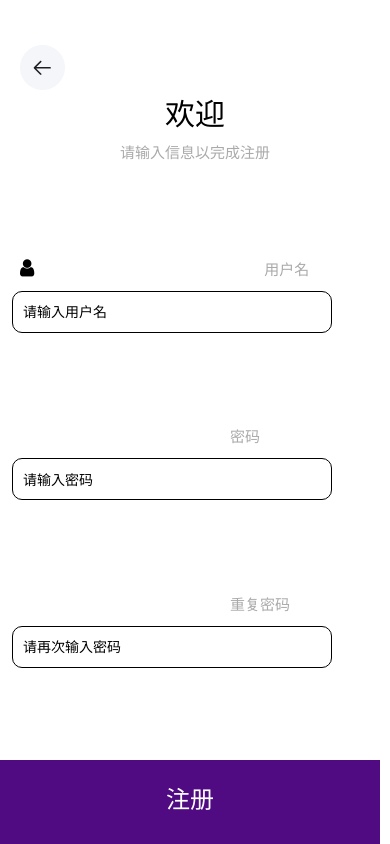
Repository: eyebone/barManager
Screen: /sign
An editor plug-in stored every save of this project. The screen is shown before and after the next save, followed by the edit.
The app was drawn by React Native's web renderer in a window 390 px wide. The project was rebuilt for these pictures with package versions that can differ from the ones it lists, and the page was loaded fresh each time. Also part of the build but not shown: components/EmojiPicker.js, components/Button.js, components/ImageViewer.js, components/circleButton.js, components/IconButton.js, view/ViewOne.js, view/Main.js.

Above is the screen before, as saved 2023-06-26 16:35:31.

After the next save:
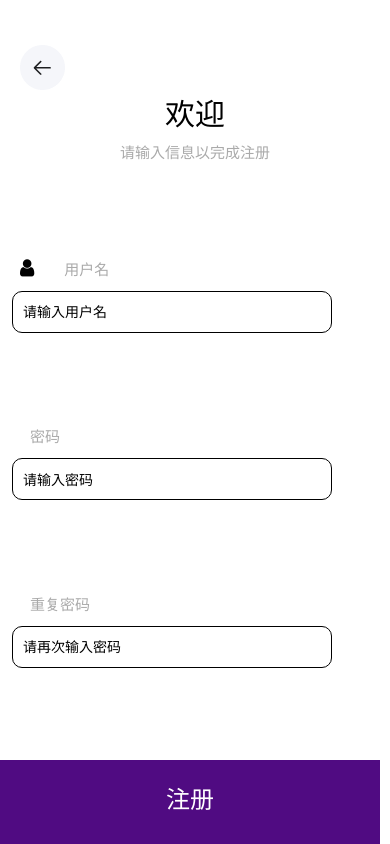
Saved 4 s later.
--- a/view/Sign.js
+++ b/view/Sign.js
@@ -123,7 +123,7 @@ const styles = StyleSheet.create({
   smallText: {
     fontSize: PixelRatio.getFontScale() * 15,
     color: "#aaa",
-    marginLeft: 230
+    marginLeft: 30
   },
   footerContainer: {
     flex: 1 / 2,
